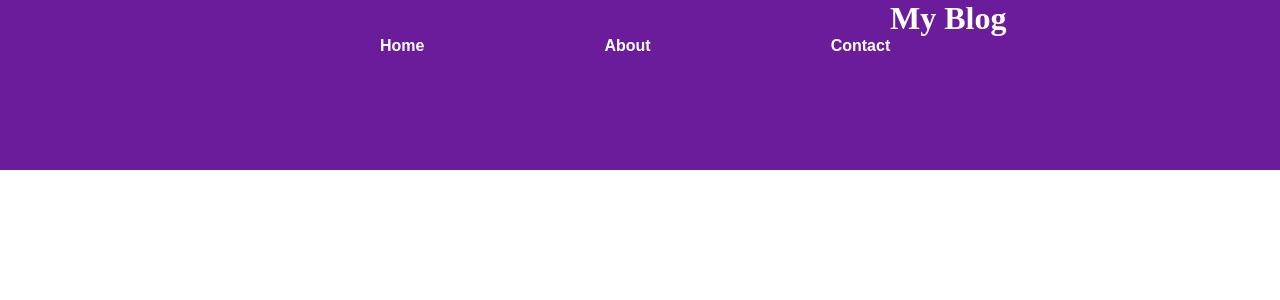
Repository: Femi007-gh/BLOG
Page: index.html
These files come from the project's save history. The page is drawn as it stood at one moment and after the next save; the edit follows.
The browser window is 1280 px wide. The pictures show the whole page.

Above is the page before, as saved 2025-01-08 07:07:28.

After the next save:
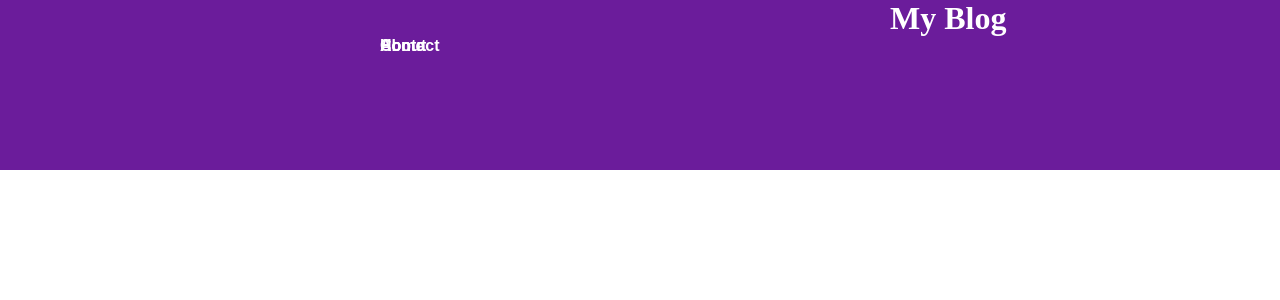
Saved 6 s later.
--- a/style.css
+++ b/style.css
@@ -32,7 +32,7 @@
   font-weight: bold;
   margin-left: 380px;
   justify-content: space-evenly;
-  margin-right: -200px;
+  margin-right: -2000px;
 }
 
 li a{

After the 5 saves that followed:
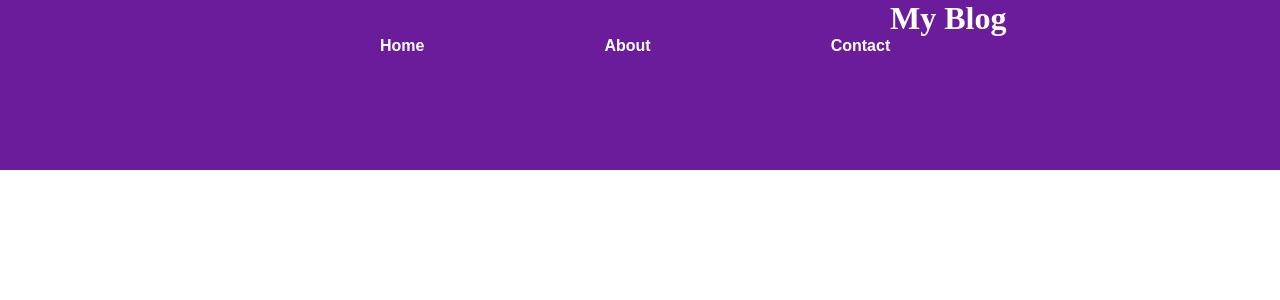
The 5 saves are shown as one change because 3 left the picture as it was and some came seconds apart.
The last was saved 26 s later.
--- a/style.css
+++ b/style.css
@@ -32,7 +32,7 @@
   font-weight: bold;
   margin-left: 380px;
   justify-content: space-evenly;
-  margin-right: -2000px;
+  margin-right: -200px;
 }
 
 li a{
